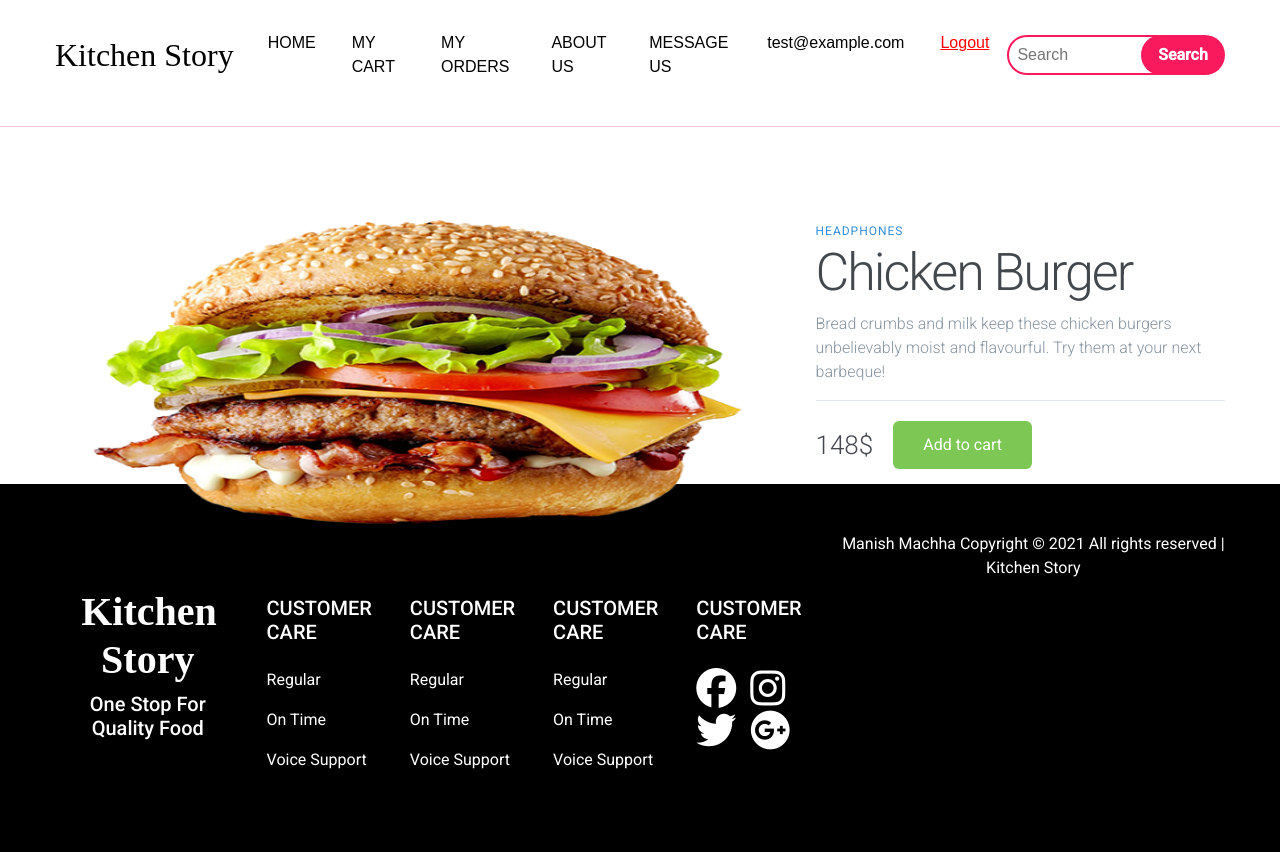
Repository: manishmachha/project-kitchenStory
Page: http://localhost/Phase_4_Kitchen_Story/products.jsp
An editor plug-in stored every save of this project. The page is shown before and after the next save, followed by the edit.
The browser window is 1280 px wide. The pictures show the whole page.
Some web fonts or font styles are not loaded; a fallback is used. Some web libraries are served in a nearby version. The page is served by Tomcat 10. The session is filled in as if someone had signed in: {"email": "test@example.com"}.

Above is the page before, as saved 2022-03-08 11:05:42.

After the next save:
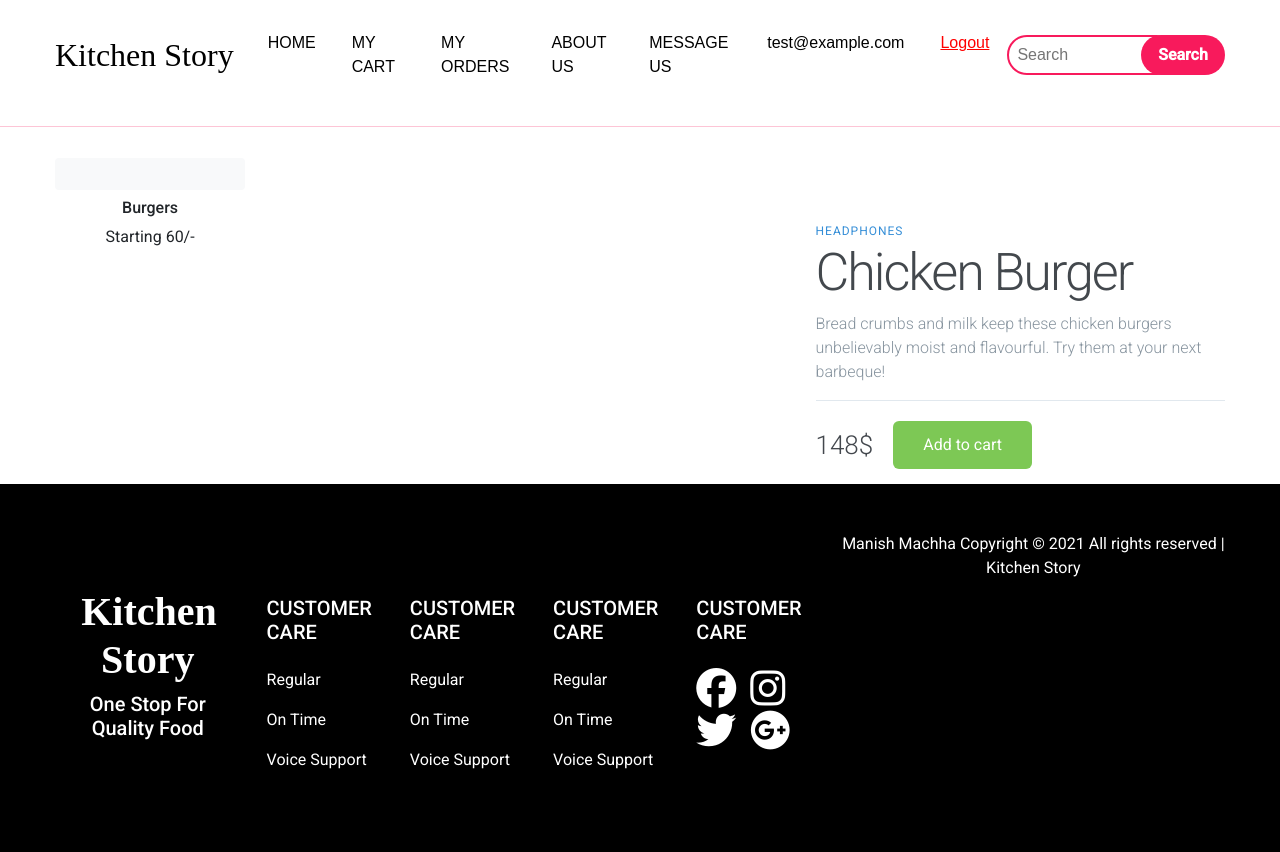
Saved 80 s later.
--- a/Phase 4 Kitchen Story/src/main/webapp/products.jsp
+++ b/Phase 4 Kitchen Story/src/main/webapp/products.jsp
@@ -25,8 +25,16 @@
 
 			<!-- Left Column / Headphones Image -->
 			<div class="left-column">
-				<img data-image="red" class="active"
-					src="images/burger-trending.png" height="400">
+				<div class="col-lg-3 text-center">
+					<div class="card border-0 bg-light mb-2">
+						<div class="card-body">
+							<a href="products.jsp"><img src="images/burger-trending.png"
+								class="img-fluid"></a>
+						</div>
+					</div>
+					<h6>Burgers</h6>
+					<p>Starting 60/-</p>
+				</div>
 			</div>
 
 
